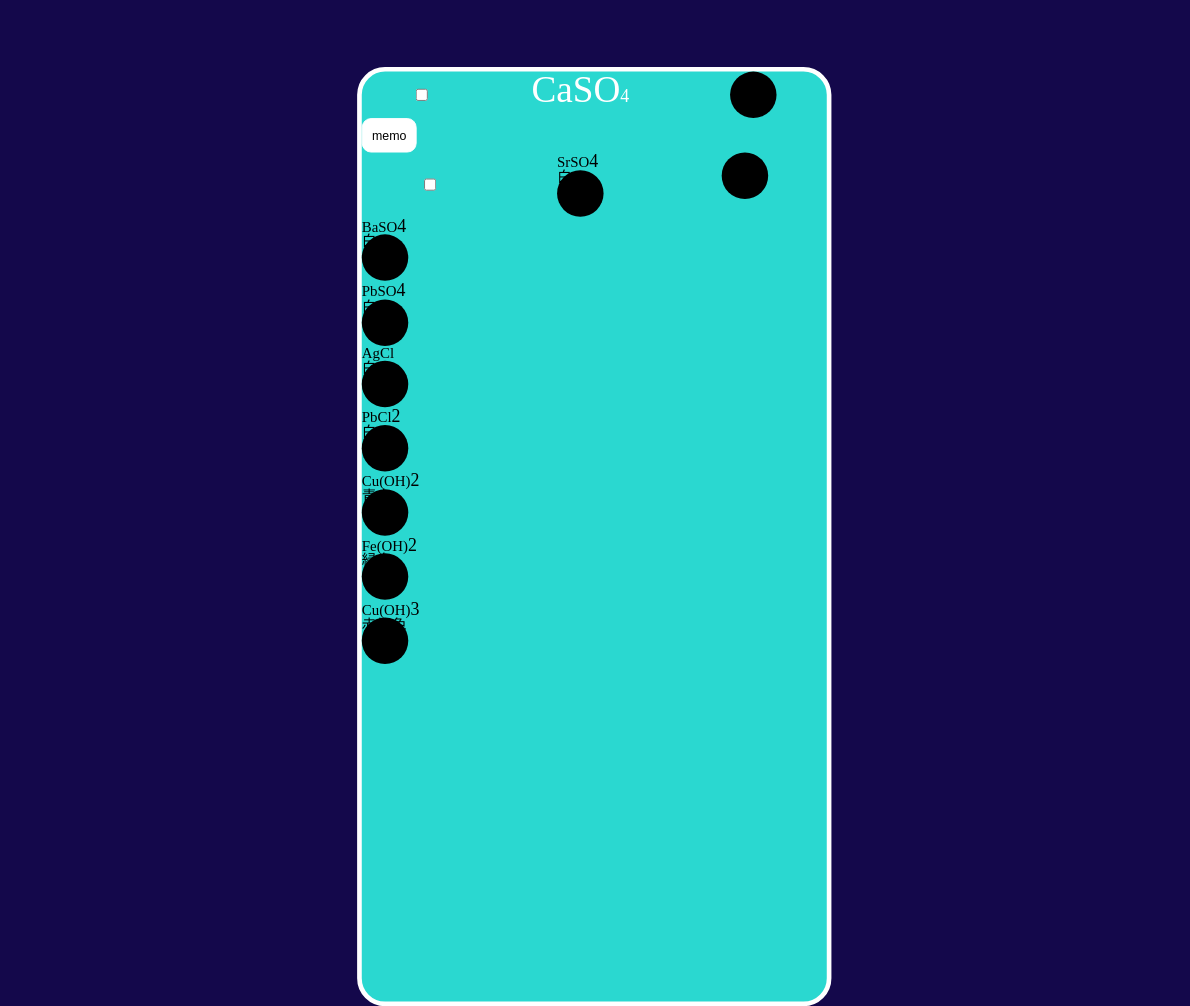
Repository: 1000sky/Inorganic_chemistry_application
Page: http://localhost/
The author's editor kept a copy of each file at every save. The page is drawn from the files as they stood at one save, then again after the next save.
The browser window is 1280 px wide. The pictures show the whole page, at 93% of full size.
The page is served by the project's Laravel application, run on PHP 8.4 with Laravel 8. Other server files are loaded and not shown.

Above is the page before, as saved 2022-07-12 19:50:19.

### application/routes/web.php
<?php

use Illuminate\Support\Facades\Route;

/*
|--------------------------------------------------------------------------
| Web Routes
|--------------------------------------------------------------------------
|
| Here is where you can register web routes for your application. These
| routes are loaded by the RouteServiceProvider within a group which
| contains the "web" middleware group. Now create something great!
|
*/

Route::get('/home', function () {
    return view('welcome');
});

Route::get('/dashboard', function () {
    return view('dashboard');
})->middleware(['auth'])->name('dashboard');

require __DIR__.'/auth.php';



Route::get('/', function () {
    return view('index');
});

Route::get('/start', function () {
    return view('start');
})->middleware('auth');

Route::get('/explanation', function () {
    return view('explanation');
});

### application/resources/views/index.blade.php
<!DOCTYPE html>
<html lang="ja">
<head>
    <meta charset="UTF-8">
    <meta name="viewport" content="width=device-width, initial-scale=1.0">
    <meta http-equiv="X-UA-Compatible" content="ie=edge">
    <title>Inorganic_chemistry_application</title>
    <link rel="stylesheet" href="css/reset.css" >
    <link rel="stylesheet" href="css/index.css" />

    <script language="JavaScript"><!--
      function setTF(fObj,vType)
      {
        fObj.style.visibility = vType;
      }
       --></script>
</head>
<body>
    <div class=card>
     <div class=memorize>
       <input type="checkbox" class=checkbox name="">
       <div class=Chemical-formula>CaSO<span>4</span></div>
       <div class=circle></div>
     </div>
       <form>
       <input type="button" class=button name="" value="memo" onClick="setTF(this.form.text1,'visible')">
       <input type="text" name="text1" style="visibility:hidden"><br>
       </form>
       {{-- <form>
        <input type="button" value="ボタン１" onClick="setTF(this.form.txtField1,'visible')">
        <input type="text" name="txtField1" style="visibility:hidden"><br>
        <input type="button" value="ボタン２" onClick="setTF(this.form.txtField2,'visible')">
        <input type="text" name="txtField2" style="visibility:hidden"><br>
        </form> --}}




        <div class=memorize>
          <input type="checkbox" class=checkbox name="">
          <div>SrSO<span>4</span> <div class=circle>白</div> </div>
          <div class=circle></div>
        </div>




     <div>BaSO<span>4</span> <div class=circle>白</div> </div>
     <div>PbSO<span>4</span> <div class=circle>白</div> </div>


     <div>AgCl <div class=circle>白</div> </div>
     <div>PbCl<span>2</span> <div class=circle>白</div> </div>


     <div>Cu(OH)<span>2</span> <div class=circle>青白</div> </div>
     <div>Fe(OH)<span>2</span> <div class=circle>緑白</div> </div>
     <div>Cu(OH)<span>3</span> <div class=circle>赤褐色</div> </div>


     {{-- 水酸化物まで --}}

    </div>

</body>
</html>

### application/public/css/index.css
body {
    background-color: rgb(20, 8, 75);
}

.card {
  position: absolute;
  top: 10%;
  left: 30%;
  width: 500px;
  height: 1000px;
  background-color: rgb(42, 216, 208);
  border: solid 5px white;
  border-radius: 30px;
}
.checkbox{


}
.memorize{
  display: flex;
  justify-content: space-around;
}

.Chemical-formula {
    color: white;
    font-size: 2.5rem;
}

.circle{
  width: 50px;
  height: 50px;
  background: black;
  border-radius: 50%;

}
.circle:hover{
    background-color: white;

}

.button{
    border-radius: 10px;
    border: solid 1px white;
    background-color: white;
    padding: 10px;
}

span {
  font-size: 1.2rem;
}

Loaded but not shown: application/routes/auth.php (common file); application/public/css/reset.css (common file)

After the next save:
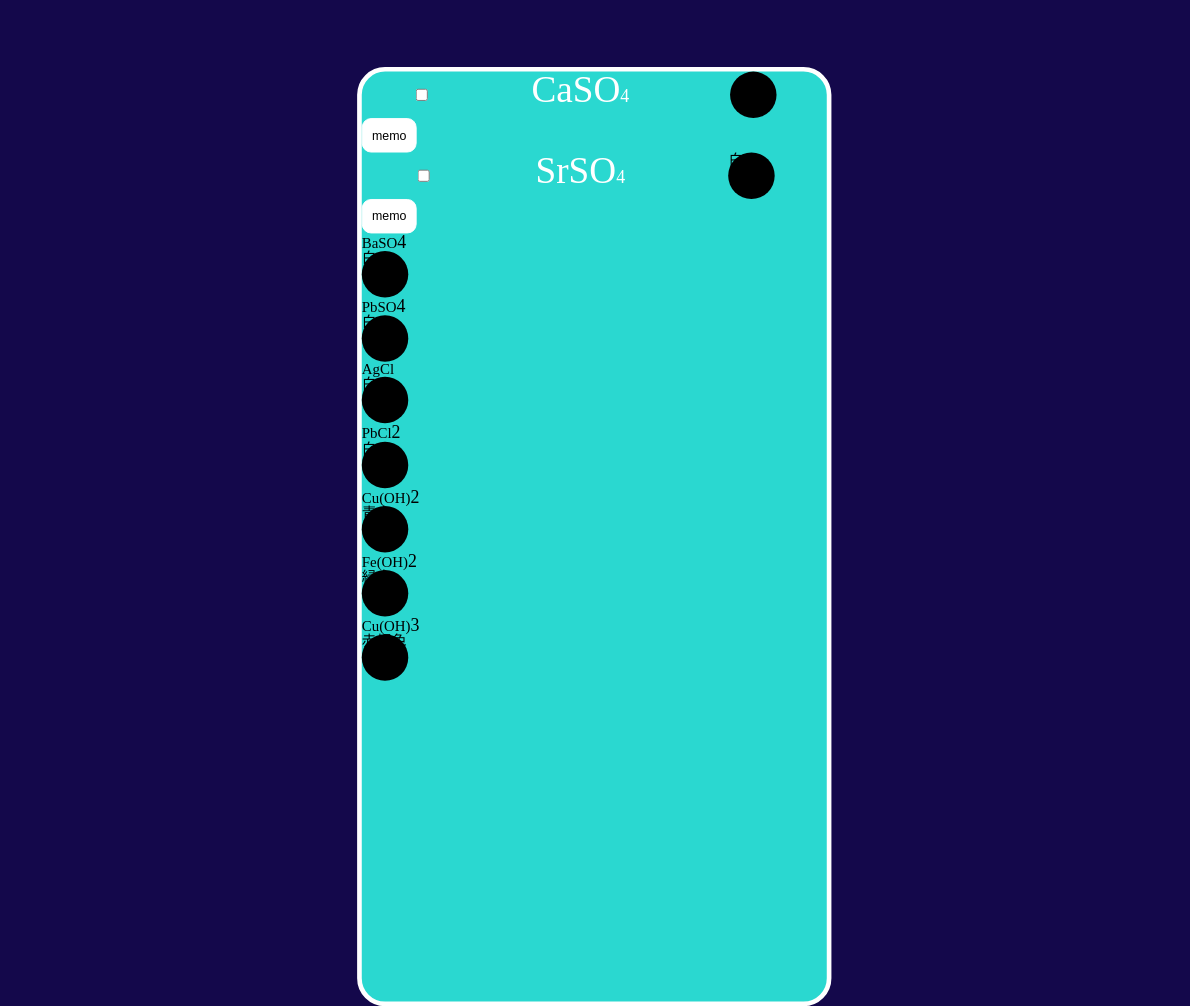
Saved 113 s later.
--- a/application/resources/views/index.blade.php
+++ b/application/resources/views/index.blade.php
@@ -38,9 +38,13 @@
 
         <div class=memorize>
           <input type="checkbox" class=checkbox name="">
-          <div>SrSO<span>4</span> <div class=circle>白</div> </div>
-          <div class=circle></div>
+          <div class=Chemical-formula>SrSO<span>4</span></div>
+          <div class=circle>白</div>
         </div>
+        <form>
+          <input type="button" class=button name="" value="memo" onClick="setTF(this.form.text1,'visible')">
+          <input type="text" name="text1" style="visibility:hidden"><br>
+        </form>
 
 
 
